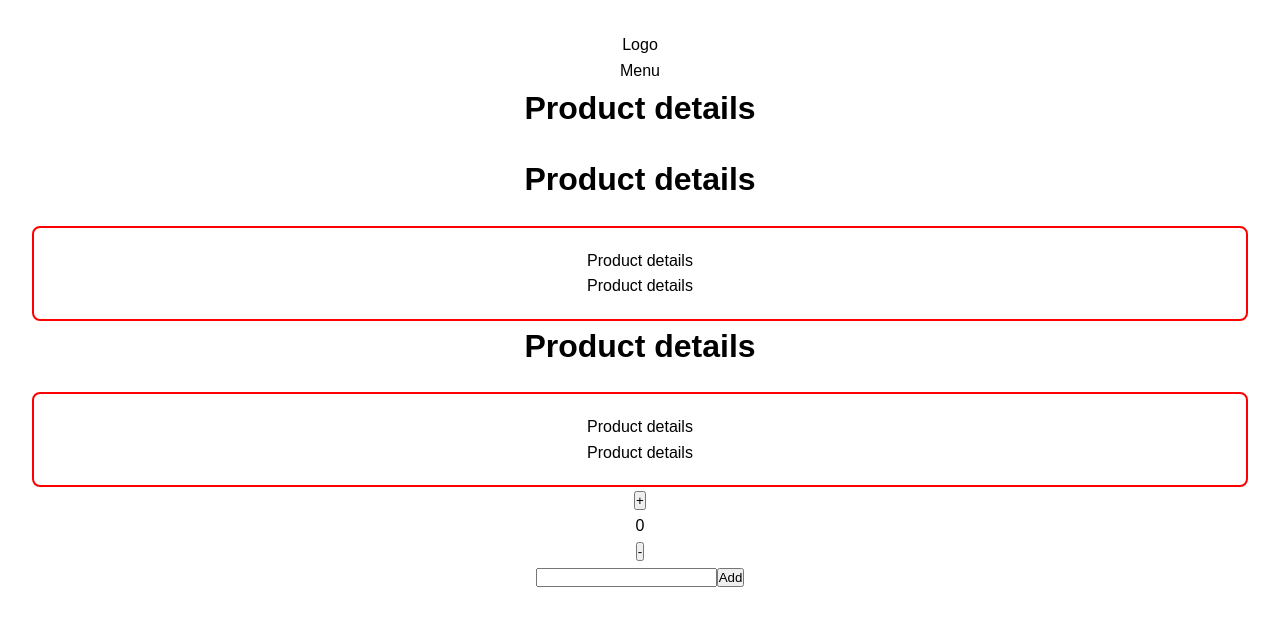
Repository: Manny1294/react-learning
Page: /
These files come from the project's save history. The page is drawn as it stood at one moment and after the next save; the edit follows.
The browser window is 1280 px wide. The pictures show the whole page.
The project was rebuilt for these pictures with package versions that can differ from the ones it lists, and the page was loaded fresh each time. Also part of the build but not shown: vite.config.js, src/components/Toggle.jsx.

Above is the page before, as saved 2026-02-01 08:19:50.

After the next save:
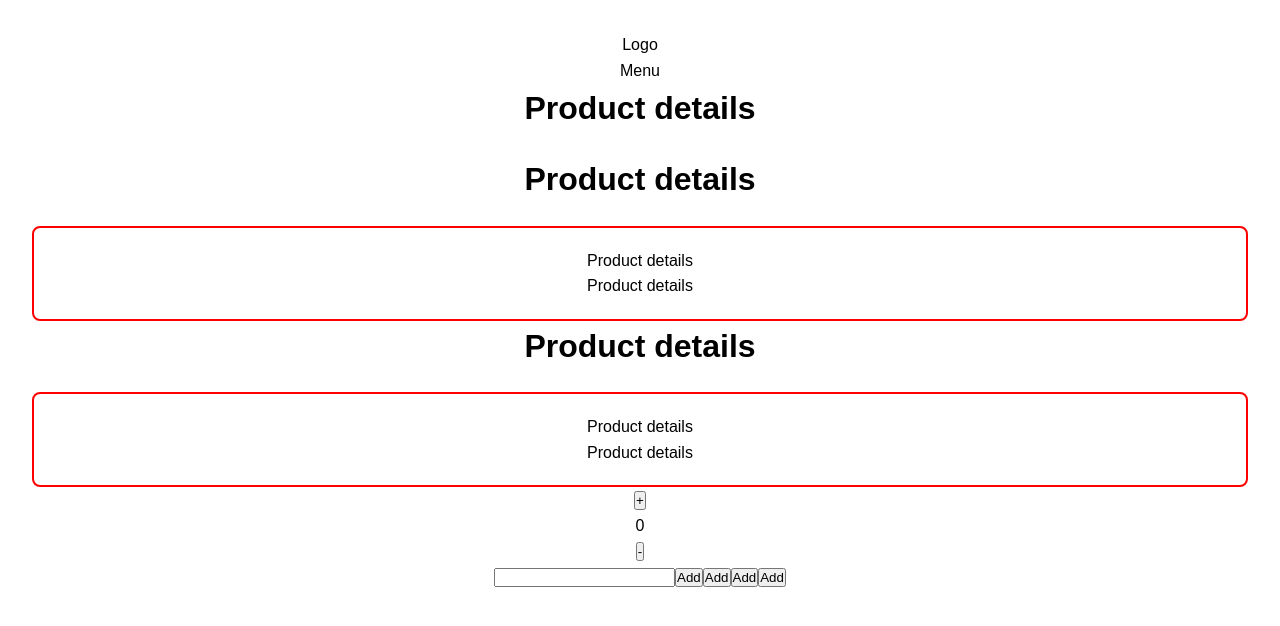
Saved 34 s later.
--- a/src/components/TodoList.jsx
+++ b/src/components/TodoList.jsx
@@ -41,7 +41,9 @@ export default function Todos() {
         ></input>
 
         <button onClick={addTodos}>Add</button>
-
+        <button onClick={addTodos}>Add</button>
+        <button onClick={addTodos}>Add</button>
+        <button onClick={addTodos}>Add</button>
         {/* conditional rendering */}
         {todos.map((todo, index) => (
           <ol>
